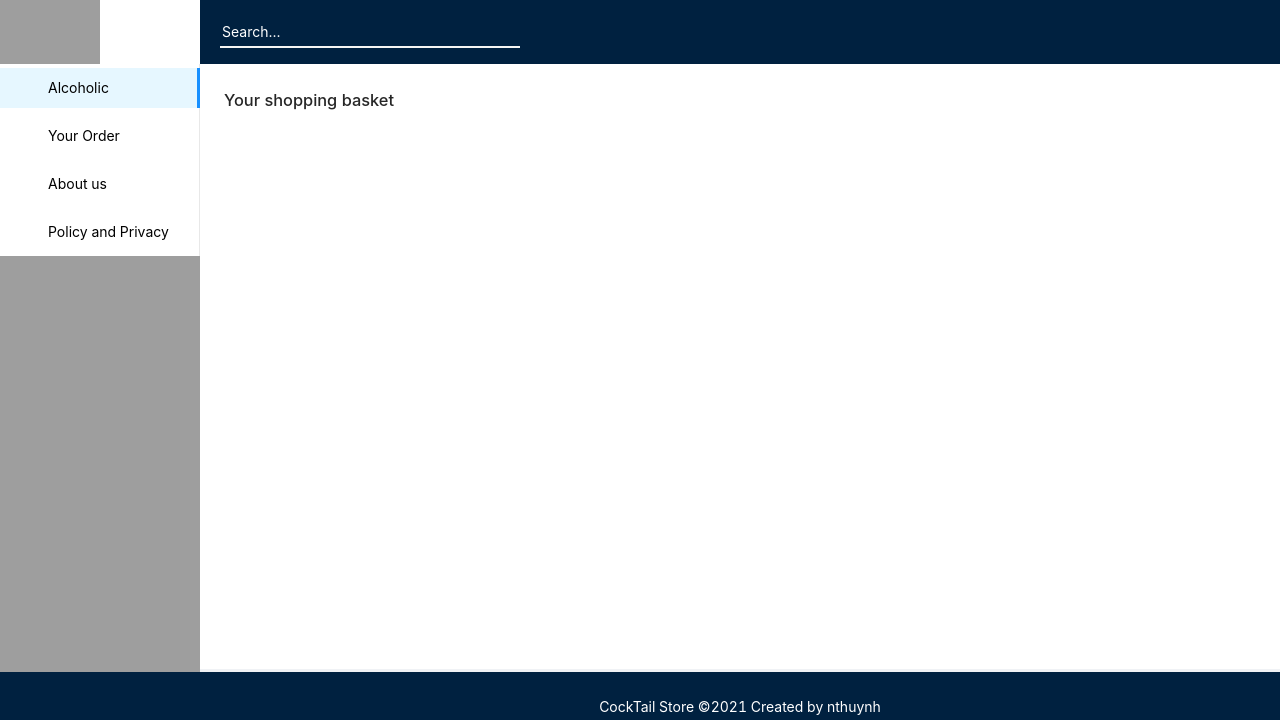
Repository: huynhnt1406/cocktail
Page: /yourorder
The author's editor kept a copy of each file at every save. The page is drawn from the files as they stood at one save, then again after the next save.
The browser window is 1280 px wide. The pictures show the whole page.
The first visible `.link` has the focus.
Pictures or frames that could not be fetched are drawn as grey boxes. The project was rebuilt for these pictures with package versions that can differ from the ones it lists, and the page was loaded fresh each time. Also part of the build but not shown: src/components/CockTail.vue, src/components/DetailPage.vue, src/components/AboutUs.vue, src/components/PolicyandPrivacy.vue.

Above is the page before, as saved 2021-05-08 00:27:48.

### public/index.html
<!DOCTYPE html>
<html lang="">
  <head>
    <meta charset="utf-8">
    <meta http-equiv="X-UA-Compatible" content="IE=edge">
    <meta name="viewport" content="width=device-width,initial-scale=1.0">
    <link rel="icon" href="<%= BASE_URL %>favicon.ico">
    <title><%= htmlWebpackPlugin.options.title %></title>
    <link rel="preconnect" href="https://fonts.gstatic.com">
    <link href="https://fonts.googleapis.com/css2?family=Poppins:ital,wght@0,200;0,300;1,400&display=swap" rel="stylesheet">
    <link rel="stylesheet" href="https://cdnjs.cloudflare.com/ajax/libs/font-awesome/4.7.0/css/font-awesome.min.css">
  </head>
  <body>
    <noscript>
      <strong>We're sorry but <%= htmlWebpackPlugin.options.title %> doesn't work properly without JavaScript enabled. Please enable it to continue.</strong>
    </noscript>
    <div id="app"></div>
    <!-- built files will be auto injected -->
  </body>
</html>

### src/main.js
import Vue from 'vue'
import App from './App.vue'
import store from './store/index'
import router from './router/index'
import 'ant-design-vue/dist/antd.css';
import Antd from 'ant-design-vue';
Vue.config.productionTip = false
Vue.use(Antd);
new Vue({
  store,
  router,
  render: h => h(App),
}).$mount('#app')

### src/App.vue
<template>
  <a-layout id="components-layout-demo-side" theme="light"  style="min-height: 100vh">
    <a-layout-sider style="background-color:white" v-model="collapsed" collapsible>
      <img style="height:64px ; width:50%" src="https://i.pinimg.com/originals/fd/3e/53/fd3e533305c578157dbaf393b76ac1ee.jpg" alt="">
      <a-menu theme="light" :default-selected-keys="['1']" mode="inline">
        <a-menu-item key="1">
          <a-icon type="menu" />
          <span><router-link class="link" to="/">Alcoholic</router-link></span>
        </a-menu-item>
        <a-menu-item key="2">
           <a-icon type="shopping-cart" />
          <span><router-link class="link"  to="/yourorder">Your Order</router-link></span>
        </a-menu-item>
           <a-menu-item key="3">
           <a-icon type="info-circle" />
          <span><router-link class="link"  to="/aboutus">About us</router-link></span>
        </a-menu-item>
           <a-menu-item key="4">
           <a-icon type="safety-certificate" />
          <span><router-link class="link"  to="/policyandprivacy">Policy and Privacy</router-link></span>
        </a-menu-item>
      </a-menu>
      <img style="height:62% ; width:100%" src="https://www.gobourbon.com/wp-content/uploads/2019/03/EFCCF7C6-0A6F-4658-83B6-877007B0A1AC-751x1024.jpeg" alt="">
    </a-layout-sider>
    <a-layout>
      <a-layout-header style="background: #fff; padding: 0" >
        <SearchBar/>
      </a-layout-header>
      <a-layout-content>
        <div class="cocktail-lists" :style="{ padding:'24px',  background: '#fff', minHeight: '360px' }">
          <router-view/>
        </div>
      </a-layout-content>
      <a-layout-footer class="footer" :style="{height: '5vh',color:'white' ,background: '#002140', textAlign:'center'}">
        CockTail Store ©2021 Created by nthuynh
      </a-layout-footer>
    </a-layout>
  </a-layout>
</template>
<script>
import SearchBar from './components/SearchBar'
export default {
  data() {
    return {
      collapsed: false,
    };
  },
  components:{
    SearchBar
  }
};
</script>

<style>
#components-layout-demo-side .logo {
  height: 32px;
  background: rgba(255, 255, 255, 0.2);
  margin: 16px;
}
#components-layout-demo-side{
  background-color: red;
}
.cocktail-lists{
  overflow-y: scroll;
  height:84vh;
}
.footer{
  background-color: #002140;
}
.link{
  color:black;
}
</style>

### src/store/index.js
import Vue from 'vue'
import Vuex from 'vuex'
import cocktail from './modules/cocktail'
Vue.use(Vuex)
export default new Vuex.Store({
    modules:{
        cocktail
    }
})

### src/router/index.js
import Vue from 'vue'
import VueRouter from 'vue-router'
import CockTail from '../components/CockTail'
import DetailPage from '../components/DetailPage'
import Order from '../components/Order'
import AboutUs  from '../components/AboutUs'
import PolicyandPrivacy from '../components/PolicyandPrivacy'
const routes = [
    {
        path:'/',
        name:'CockTail',
        component:CockTail
    },
    {
        path:'/detailpage/:id',
        name:'DetailPage',
        component:DetailPage,
        props:true
    },
    {
        path:'/yourorder',
        name:'Order',
        component:Order,
    },
    {
        path:'/aboutus',
        name:'AboutUs',
        component:AboutUs,
    },
    {
        path:'/policyandprivacy',
        name:'PolicyandPrivacy',
        component:PolicyandPrivacy,
    },
]
Vue.use(VueRouter)

export default new VueRouter({
    routes,
    mode:'history'
})

### src/components/SearchBar.vue
<template>
  <div class="searchbar">
    <div class="search-tool">
        <input type="text" placeholder="Search..." >
    </div>
  </div>
</template>

<script>
export default {
}
</script>

<style>
.searchbar{
    display: flex;
    justify-content: space-between;
    align-items: center;
    padding-left:10px;
    padding-right: 10px;
    background-color: #002140;
}
.search-tool input{
    height: 30px;
    width: 300px;
    background-color: transparent;
    border-left:none;
    border-right: none;
    border-top:none;
    border-bottom: 2px solid #f5f5f3;
    margin-left: 10px;
    outline: none;
    color:white;
}
::placeholder{
  color:white;
}
.search-tool input:focus{
    border-bottom: 2px solid green;
}
</style>

### src/store/modules/cocktail.js
import axios from 'axios'

const state = {
    cocktailLists: [],
    cart:[]
}
const getters = {
    allCocktails : state => state.cocktailLists,
    allItems : state => state.cart
}
const actions = {
    async fetchCocktail({commit}){
        const res = await axios.get(`https://www.thecocktaildb.com/api/json/v1/1/search.php?f=a`)
        commit('getCocktail', res.data.drinks)
        console.log(res.data.drinks)
    },
    addProductToCart({commit}, {product, quantity}){
        commit('ADD_TO_CART', {product,quantity})
    },
    deleteItem({commit}, index) {
        commit('removeItem', index)
    }
}

const mutations = {
    getCocktail : (state, cocktailLists) => state.cocktailLists = cocktailLists,
    ADD_TO_CART : (state, {product,quantity}) => {
        state.cart.push({
            product,
            quantity
        })
    },
    removeItem: (state, index) => state.cart.filter(item => item.index !== index)
}

export default {
    state,getters,actions,mutations
}

### src/components/Order.vue
<template>
  <div class="order-page">
    <div class="order-header">
      <h3>Your shopping basket</h3>
      <a-badge :count="cardItems.length">
        <a-icon type="shopping-cart" :style="{fontSize:'30px'}" />
      </a-badge>
    </div>
    <div v-for="(item, index) in cardItems" :key="index" class="order-header">
      <div class="item">
          <div class="item-img">
            <img :src="item.product[0].strDrinkThumb" :alt="item.product[0].idDrink">
              <div class="item-info">
                <h3>Type : {{item.product[0].strAlcoholic}}</h3>
                <h3>Drink : {{item.product[0].strDrink}}</h3>
                <h3>Glass : {{item.product[0].strGlass}}</h3>
              </div>
          </div>
          <div class="item-actions">
            <a-button @click="deleteITEM(index)" class="m-2"   type="danger" >
              Remove
            </a-button>
          </div>
      </div>
    </div>
  </div>
</template>

<script>
import { mapActions, mapGetters } from 'vuex'
export default {
  name:'Order',
  computed : mapGetters(["allItems"]),

  data(){
    return{
      cardItems:[]
    }
  },
  created(){
    this.cardItems = this.allItems
    console.log(this.cardItems)
  },
  methods:{
    ...mapActions(["deleleItem"]),
    deleteITEM(index){
      if(index){
        this.deleteItem(index);
        console.log('deleted')
      }
    },
  },
}
</script>

<style>
.item-img img{
  height: 100px;
  width:100px;
  margin:10px;
}
.item{
  display: flex;
  flex:1;
  justify-content: space-between;
  align-items: center;
}
.item-img{
  display: flex;
  justify-content: center;
  align-items: center;
}
.order-header{
  display: flex;
  justify-content: space-between;
  align-items: center;
}
</style>

After the next save:
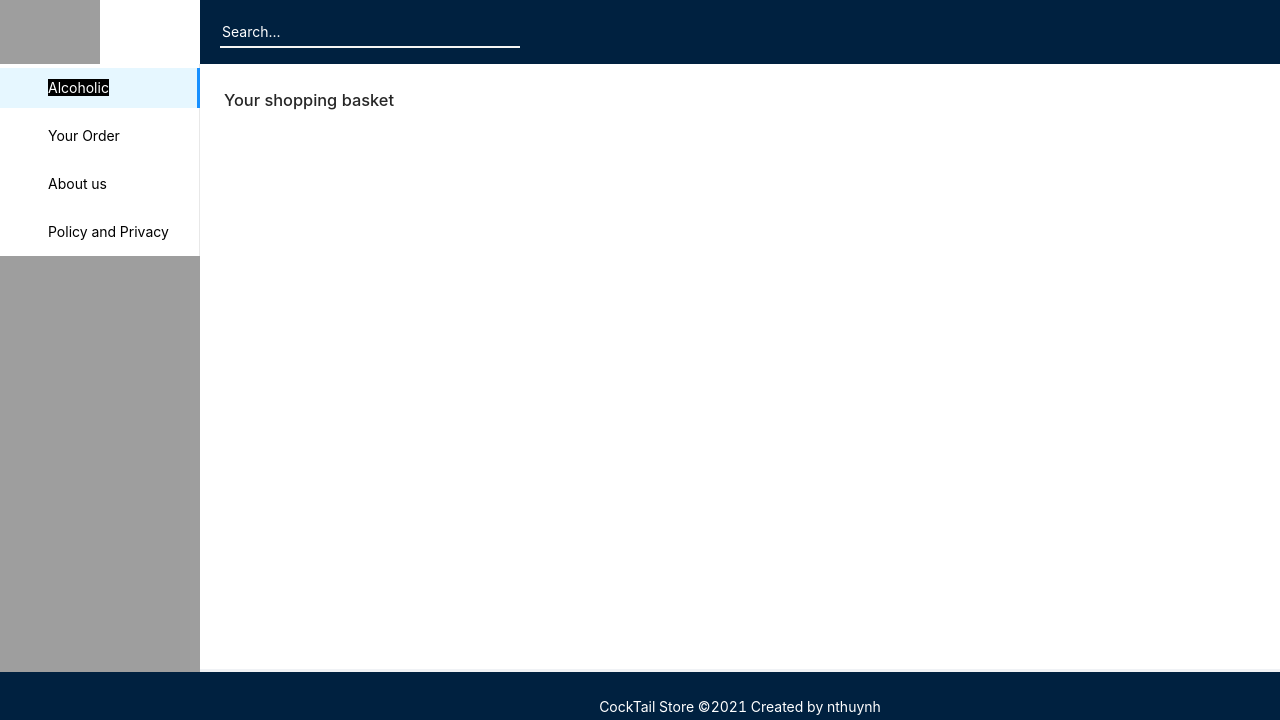
Saved 40 s later.
--- a/src/App.vue
+++ b/src/App.vue
@@ -70,4 +70,8 @@ export default {
 .link{
   color:black;
 }
+.link:focus{
+  background-color: black;
+  color:white;
+}
 </style>
